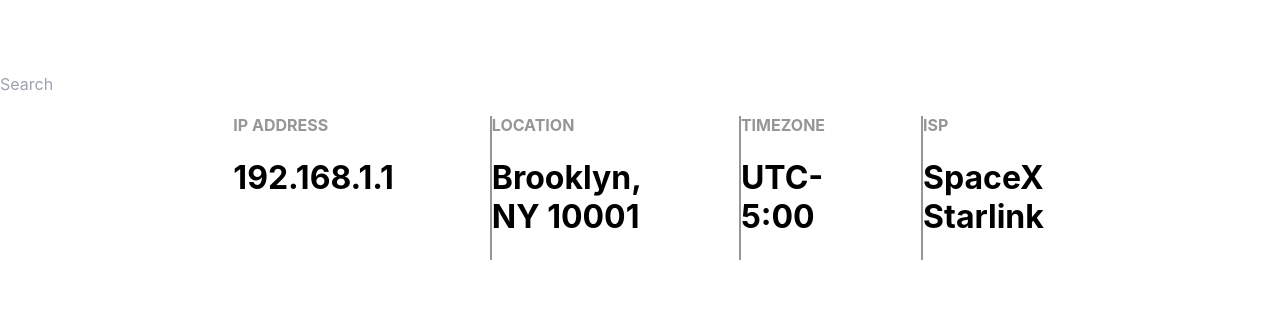
Repository: Dealsy/IP-Tracker
Page: /
An editor plug-in stored every save of this project. The page is shown before and after a run of saves, followed by the edit.
The browser window is 1280 px wide. The pictures show the whole page.
The project was rebuilt for these pictures with package versions that can differ from the ones it lists, and the page was loaded fresh each time. The framework's server and built-in components were replaced by stand-ins that run in the browser. Also part of the build but not shown: next.config.js, styles/Home.module.css.

Above is the page before, as saved 2022-04-21 21:31:59.

After the next 2 saves:
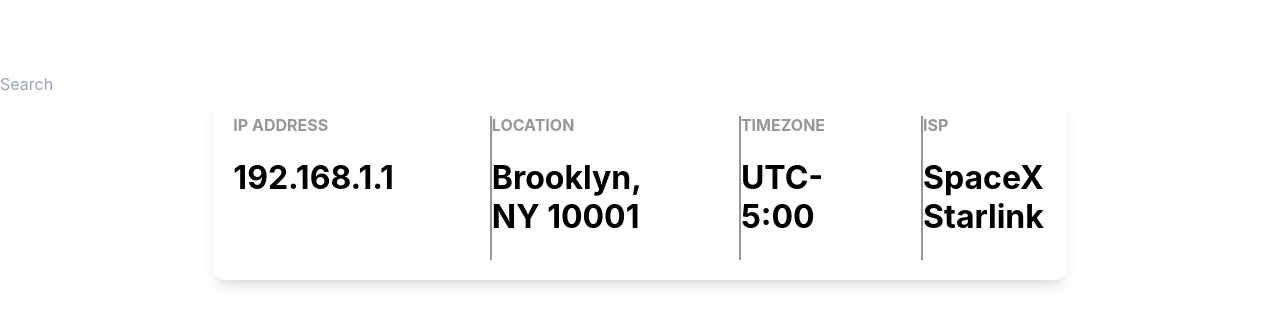
The 2 saves are shown as one change because they came seconds apart.
The last was saved 7 s later.
--- a/pages/index.js
+++ b/pages/index.js
@@ -14,7 +14,7 @@
       <main>
         <h1 className="text-white">IP Address Tracker</h1>
         <input type="search" placeholder="Search" />
-        <div className="flex flex-row justify-evenlyshadow-lg w-4/6 m-auto rounded-xl p-5">
+        <div className="flex flex-row justify-evenly border-0 shadow-lg w-4/6 m-auto rounded-xl p-5">
           <div className=" border-r-2 border-Gray pr-24">
             <h3>IP ADDRESS</h3>
             <h2> 192.168.1.1 </h2>
